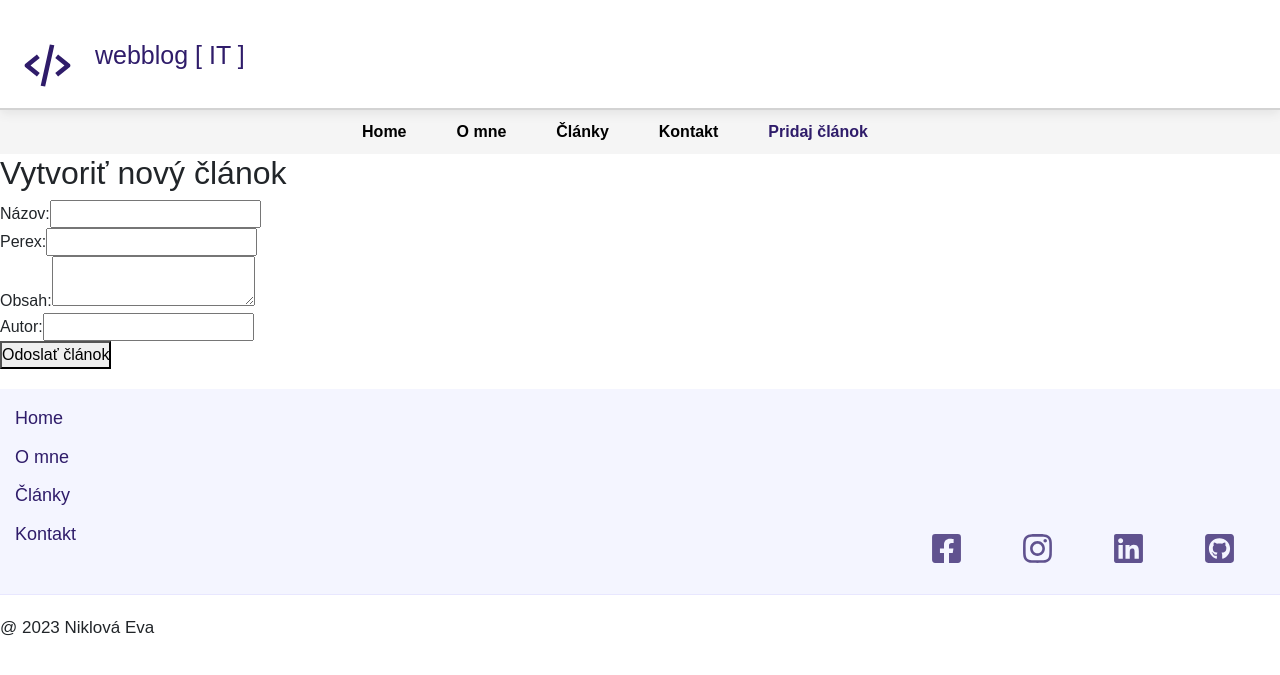
Repository: eniklova/github-bl
Page: /newarticel
An editor plug-in stored every save of this project. The page is shown before and after the next save, followed by the edit.
The browser window is 1280 px wide. The pictures show the whole page.
The page's requests for data from a server got no answer. Some web fonts or font styles are not loaded; a fallback is used. The project was rebuilt for these pictures with package versions that can differ from the ones it lists, and the page was loaded fresh each time. No one was signed in, and anything a server would have sent is missing. Also part of the build but not shown: src/components/ArticleList.js, src/components/HeroSlider.css, src/components/HeroSlider.js, src/pages/Home.js, src/pages/Aboutme.js, src/pages/Articles.js, src/pages/Kontakt.js, src/pages/Error.js.

Above is the page before, as saved 2023-10-17 13:35:23.

After the next save:
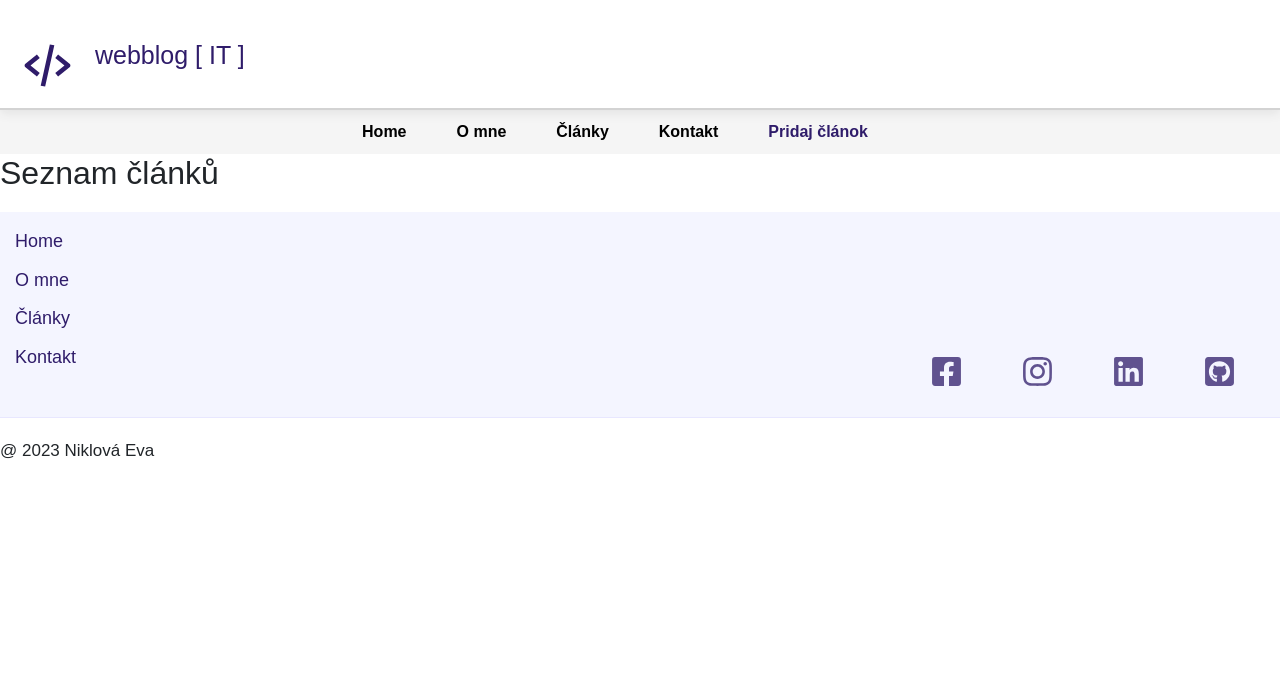
Saved 22 min 44 s later.
--- a/src/components/ArticleForm.js
+++ b/src/components/ArticleForm.js
@@ -1,94 +1,34 @@
-import React, { useState } from "react";
-import { createArticle } from "../services/api";
+import React, { useEffect, useState } from "react";
+import { getArticles } from "../services/api";
 
-function ArticleForm() {
-  const initialFormData = {
-    title: "",
-    perex: "",
-    content: "",
-    author: "",
-  };
-  const [formData, setFormData] = useState({ ...initialFormData });
-  const [submitMessage, setSubmitMessage] = useState("");
-  const [isSubmitted, setIsSubmitted] = useState(false);
+function ArticleList() {
+  const [articles, setArticles] = useState([]);
 
-  const handleChange = (e) => {
-    const { name, value } = e.target;
-    setFormData({
-      ...formData,
-      [name]: value,
-    });
-  };
+  useEffect(() => {
+    const perPage = 10; // Počet článkov na stránku
+    const categoryId = 1; // ID kategorie
+    const page = 1; // Číslo stránky
 
-  const handleSubmit = async (e) => {
-    e.preventDefault();
-
-    console.log("Dáta z formulára:", formData);
-
-    try {
-      await createArticle(formData);
-      setSubmitMessage("Článok bol úspešne odoslaný!");
-      setIsSubmitted(true);
-      // Vymažeme data z formuláře po úspěšném odeslání
-      setFormData({ ...initialFormData });
-    } catch (error) {
-      console.error("Chyba pri vytváraní článku:", error);
-      setSubmitMessage("Chyba pri odosielaní článku");
-    }
-  };
+    getArticles(perPage, categoryId, page)
+      .then((data) => {
+        const articlesArray = Array.isArray(data) ? data : [];
+        setArticles(articlesArray);
+      })
+      .catch((error) => {
+        console.error("Chyba pri načítaní článků:", error);
+      });
+  }, []);
 
   return (
     <div>
-      <h2>Vytvoriť nový článok</h2>
-      <form onSubmit={handleSubmit}>
-        <div>
-          <label htmlFor="title">Názov:</label>
-          <input
-            type="text"
-            id="title"
-            name="title"
-            value={formData.title}
-            onChange={handleChange}
-          />
-        </div>
-        <div>
-          <label htmlFor="perex">Perex:</label>
-          <input
-            type="text"
-            id="perex"
-            name="perex"
-            value={formData.perex}
-            onChange={handleChange}
-          />
-        </div>
-        <div>
-          <label htmlFor="content">Obsah:</label>
-          <textarea
-            id="content"
-            name="content"
-            value={formData.content}
-            onChange={handleChange}
-          />
-        </div>
-        <div>
-          <label htmlFor="author">Autor:</label>
-          <input
-            type="text"
-            id="author"
-            name="author"
-            value={formData.author}
-            onChange={handleChange}
-          />
-        </div>
-
-        {isSubmitted ? null : (
-          <button type="submit">Odoslať článok</button>
-        )}
-      </form>
-
-      {submitMessage && <p>{submitMessage}</p>}
+      <h2>Seznam článků</h2>
+      <ul>
+        {articles.map((article) => (
+          <li key={article.id}>{article.title}</li>
+        ))}
+      </ul>
     </div>
   );
 }
 
-export default ArticleForm;
+export default ArticleList;
